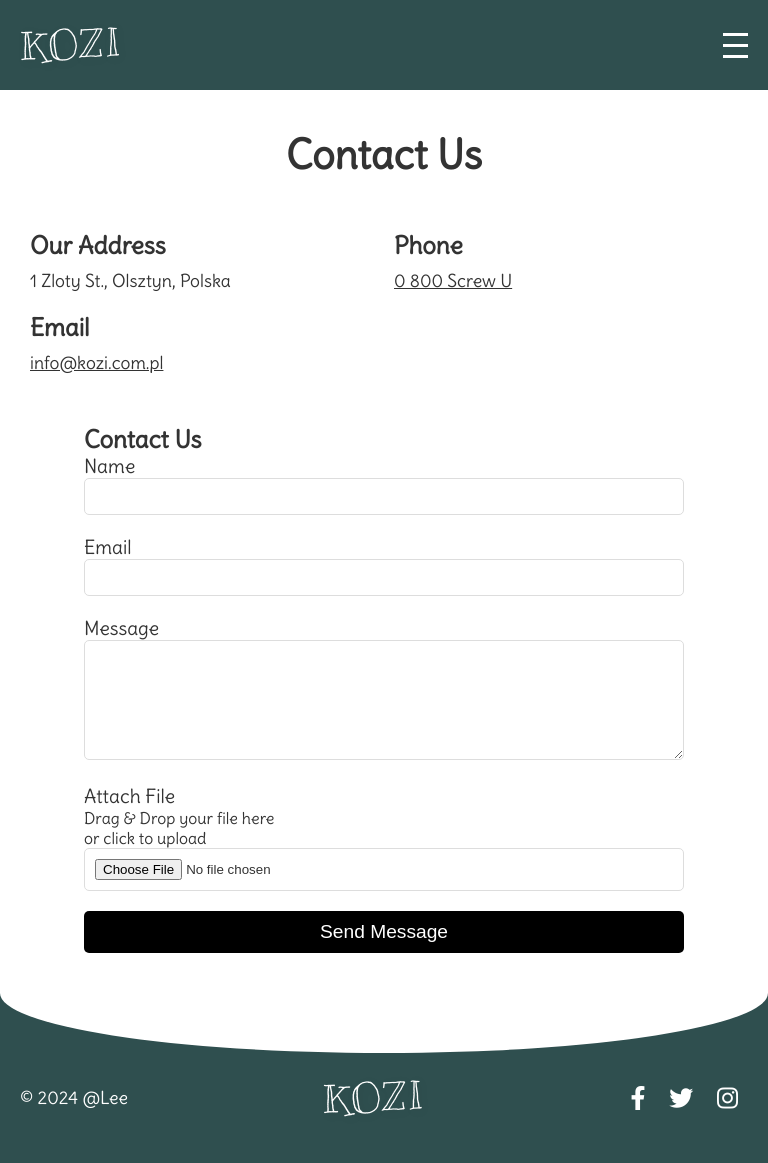
Repository: leerichie/kozi
Page: index.html
These files come from the project's save history. The page is drawn as it stood at one moment and after the next save; the edit follows.
The browser window is 768 px wide. The pictures show the whole page.

Above is the page before, as saved 2024-10-24 20:07:13.

### index.html
<!DOCTYPE html>
<html lang="en">

<head>
    <meta charset="UTF-8">
    <meta name="viewport" content="width=device-width, initial-scale=1.0">
    <meta http-equiv="X-UA-Compatible" content="IE=edge">
    <link rel="stylesheet" href="css/styles.css">
    <link rel="stylesheet" href="https://cdnjs.cloudflare.com/ajax/libs/font-awesome/6.0.0-beta3/css/all.min.css">

    <title>Contact Form</title>
</head>

<body>
    <!-- Navbar -->
    <header class="navbar">
        <div class="logo">
            <!-- <a href="#"><img src="img/logo.png" alt="Logo"></a> -->
            <h1 class="logo-text">Kozi</h1>

        </div>
        <nav>
            <ul class="nav-links">
                <li><a href="#">I</a></li>
                <li><a href="#">Love</a></li>
                <li><a href="#">Jager</a></li>
                <li><a href="#">Days</a></li>
            </ul>
            <div class="hamburger">
                <span class="bar"></span>
                <span class="bar"></span>
                <span class="bar"></span>
            </div>
        </nav>
    </header>

    <!-- Sidebar (hidden by default) -->
    <div class="sidebar">
        <ul class="sidebar-links">
            <li><a href="#">I</a></li>
            <li><a href="#">Love</a></li>
            <li><a href="#">Guiness</a></li>
            <li><a href="#">Days</a></li>
            <li><a href="#">Toooo</a></li>

        </ul>
    </div>

    <!-- Contact Section -->
    <div class="container">
        <div class="contact-header">
            <h1>Contact Us</h1>
        </div>
        <div class="contact-info">
            <div class="address">
                <h2>Our Address</h2>
                <p>1 Zloty St., Olsztyn, Polska</p>
            </div>
            <div class="phone">
                <h2>Phone</h2>
                <p><a href="tel:+123456789">0 800 Screw U</a></p>
            </div>
            <div class="email">
                <h2>Email</h2>
                <p><a href="mailto:info@example.com">info@kozi.com.pl</a></p>
            </div>
        </div>

        <div class="form-container">
            <h2>Contact Us</h2>
            <form action="#" method="POST" class="contact-form" enctype="multipart/form-data">
                <div class="form-group">
                    <label for="name">Name</label>
                    <input type="text" id="name" name="name" required>
                </div>
                <div class="form-group">
                    <label for="email">Email</label>
                    <input type="email" id="email" name="email" required>
                </div>
                <div class="form-group">
                    <label for="message">Message</label>
                    <textarea id="message" name="message" required></textarea>
                </div>

                <!-- Drag and Drop-->
                <div class="form-group">
                    <label for="attachment">Attach File</label>
                    <div class="file-drop-area" id="file-drop-area">
                        <span class="file-message">Drag & Drop your file here <br> or click to upload</span>
                        <input type="file" id="attachment" name="attachment" class="file-input" required>
                    </div>
                </div>

                <button type="submit" class="submit-btn">Send Message</button>
            </form>
        </div>
    </div>


    <!-- Footer -->
    <footer class="footer">
        <div class="footer-shape"></div>
        <div class="footer-container">

            <div class="footer-text">
                <p>&copy; 2024 @Lee</p>
            </div>
            <div class="footer-logo">
                <h1 class="logo-text">Kozi</h1>
            </div>
            <div class="footer-social">
                <a href="/" target="_blank"><i class="fab fa-facebook-f"></i></a>
                <a href="/" target="_blank"><i class="fab fa-twitter"></i></a>
                <a href="/" target="_blank"><i class="fab fa-instagram"></i></a>
            </div>
        </div>
    </footer>


    <script src="js/script.js"></script>
</body>

</html>

### css/styles.css
@font-face {
  font-family: "Delius";
  src: url("/fonts/Delius-Regular.ttf") format("truetype");
  font-weight: normal;
  font-style: normal;
}

@font-face {
  font-family: "Merriweather";
  src: url("/fonts/Kranky-Regular.ttf") format("truetype");
  font-weight: bold;
  font-style: normal;
}

@font-face {
  font-family: "Lora";
  src: url("/fonts/LeckerliOne-Regular.ttf") format("truetype");
  font-weight: normal;
  font-style: italic;
}

* {
  margin: 0;
  padding: 0;
  box-sizing: border-box;
}

body {
  font-family: "Delius", sans-serif;
  background-color: #fff;
  color: #333;
}

.logo {
  text-align: center;
}

.logo-text {
  font-family: "Merriweather", serif;
  font-size: 50px;
  letter-spacing: 10px;
  font-weight: bold;
  text-transform: uppercase;
  color: white;
  text-shadow: 2px 2px 10px rgba(0, 0, 0, 0.1);
  transform: rotate(-2deg);
}

/* Nav */
.navbar {
  display: flex;
  justify-content: space-between;
  align-items: center;
  padding: 20px;
  background-color: darkslategray;
  color: #fff;
  position: relative;
  z-index: 1000;
}

.navbar .logo img {
  width: 150px;
}

.navbar nav {
  display: flex;
  align-items: center;
}

.nav-links {
  display: flex;
  list-style: none;
}

.nav-links li {
  margin-left: 20px;
}

.nav-links a {
  text-decoration: none;
  color: #fff;
  font-size: 1.2rem;
  transition: color 0.3s ease;
}

.nav-links a:hover {
  color: #f4a261;
}

/* Hamburger animate - mob */
.hamburger {
  display: none;
  flex-direction: column;
  cursor: pointer;
  transition: all 0.3s ease;
  z-index: 1001;
}

.hamburger .bar {
  width: 25px;
  height: 3px;
  background-color: white;
  margin: 4px 0;
  transition: all 0.3s ease;
  z-index: 1001;
}

.hamburger.active .bar:nth-child(1) {
  transform: rotate(45deg) translate(0, 0);
  width: 20px;
}

.hamburger.active .bar:nth-child(2) {
  opacity: 0;
}

.hamburger.active .bar:nth-child(3) {
  transform: rotate(-45deg) translate(0, 0);
  width: 20px;
}

.hamburger.active .bar {
  height: 4px;
}

/* Sidebar */
.sidebar {
  position: fixed;
  top: 0;
  right: -250px;
  width: 250px;
  height: 100%;
  background-color: darkslategray;
  color: #fff;
  transition: 0.3s;
  padding-top: 60px;
  z-index: 999;
}

.sidebar.active {
  right: 0;
}

.sidebar-links {
  list-style: none;
  padding: 50px 0;
  text-align: center;
}

.sidebar-links li {
  margin: 20px 0;
}

.sidebar-links a {
  text-decoration: none;
  color: #fff;
  font-size: 1.5rem;
  transition: color 0.3s ease;
}

.sidebar-links a:hover {
  color: #f4a261;
}

/* Contact Section */
.container {
  max-width: 1200px;
  margin: 0 auto;
  padding: 40px 20px;
}

.contact-header h1 {
  text-align: center;
  font-size: 2.5rem;
  margin-bottom: 40px;
}

.contact-info {
  display: flex;
  justify-content: space-between;
  flex-wrap: wrap;
  margin-bottom: 40px;
}

.contact-info div {
  flex: 1;
  min-width: 250px;
  margin: 10px;
}

.contact-info h2 {
  font-size: 1.5rem;
  margin-bottom: 10px;
}

.contact-info p,
.contact-info a {
  font-size: 1.1rem;
  color: #333;
}

.form-container {
  max-width: 600px;
  margin: 0 auto;
}

.contact-form {
  display: flex;
  flex-direction: column;
}

.form-group {
  margin-bottom: 20px;
}

.form-group label {
  margin-bottom: 10px;
  font-size: 1.2rem;
}

.form-group input,
.form-group textarea {
  width: 100%;
  padding: 10px;
  border: 1px solid #ddd;
  border-radius: 5px;
}

textarea {
  height: 120px;
}

.submit-btn {
  padding: 10px 20px;
  background-color: #000;
  color: #fff;
  border: none;
  border-radius: 5px;
  font-size: 1.2rem;
  cursor: pointer;
}

.submit-btn:hover {
  background-color: #f4a261;
}

/* Footer Styling */
.footer {
  position: relative;
  background-color: darkslategray;
  color: white;
  text-align: center;
  padding: 80px 20px 40px;
  overflow: hidden;
}

.footer-shape {
  position: absolute;
  top: -60px;
  left: 0;
  width: 100%;
  height: 120px;
  background-color: #fff;
  border-radius: 0 0 100% 100%;
  z-index: 0;
}

.footer-container {
  position: relative;
  z-index: 1;
  display: flex;
  justify-content: space-between;
  align-items: center;
  max-width: 1200px;
  margin: 0 auto;
  flex-wrap: wrap;
}

.footer-logo img {
  width: 100px;
}

.footer-text p {
  font-size: 1.1rem;
  margin: 0;
}

.footer-social a {
  margin: 0 10px;
  color: white;
  font-size: 1.5rem;
  transition: color 0.3s ease;
}

.footer-social a:hover {
  color: #f4a261;
}

.footer-social img {
  width: 25px;
  filter: invert(100%);
}

/* Mob */
@media (max-width: 768px) {
  .hamburger {
    display: flex;
  }

  .nav-links {
    display: none;
  }

  .footer-container {
    flex-direction: row;
    justify-content: space-between;
  }

  .footer-logo {
    flex-grow: 1;
    text-align: center;
  }

  .footer-text {
    text-align: left;
  }

  .footer-social {
    text-align: right;
  }

  .logo-text {
    font-size: 40px;
    letter-spacing: 2px;
  }
}

### js/script.js
const hamburger = document.querySelector('.hamburger');
const sidebar = document.querySelector('.sidebar');

hamburger.addEventListener('click', () => {
    sidebar.classList.toggle('active');
    hamburger.classList.toggle('active');
});

window.addEventListener('scroll', () => {
    sidebar.classList.remove('active');
    hamburger.classList.remove('active');
});
const fileInput = document.querySelector('.file-input');
const fileDropArea = document.getElementById('file-drop-area');
const fileMessage = document.querySelector('.file-message');

// Open file dialog when clicking on the drop area
fileDropArea.addEventListener('click', () => {
  fileInput.click();
});

// Highlight the drop area when dragging files over it
fileDropArea.addEventListener('dragover', (e) => {
  e.preventDefault();
  fileDropArea.classList.add('dragging');
  fileMessage.textContent = "Drop your file here";
});

// Remove highlight when dragging leaves the drop area
fileDropArea.addEventListener('dragleave', () => {
  fileDropArea.classList.remove('dragging');
  fileMessage.textContent = "Drag & Drop your file here or click to upload";
});

// Handle file drop
fileDropArea.addEventListener('drop', (e) => {
  e.preventDefault();
  fileDropArea.classList.remove('dragging');
  const files = e.dataTransfer.files;
  if (files.length) {
    fileInput.files = files; // Update the file input with dropped files
    fileMessage.textContent = `File selected: ${files[0].name}`;
  }
});

// Handle file selection via dialog
fileInput.addEventListener('change', () => {
  if (fileInput.files.length) {
    fileMessage.textContent = `File selected: ${fileInput.files[0].name}`;
  }
});

After the next save:
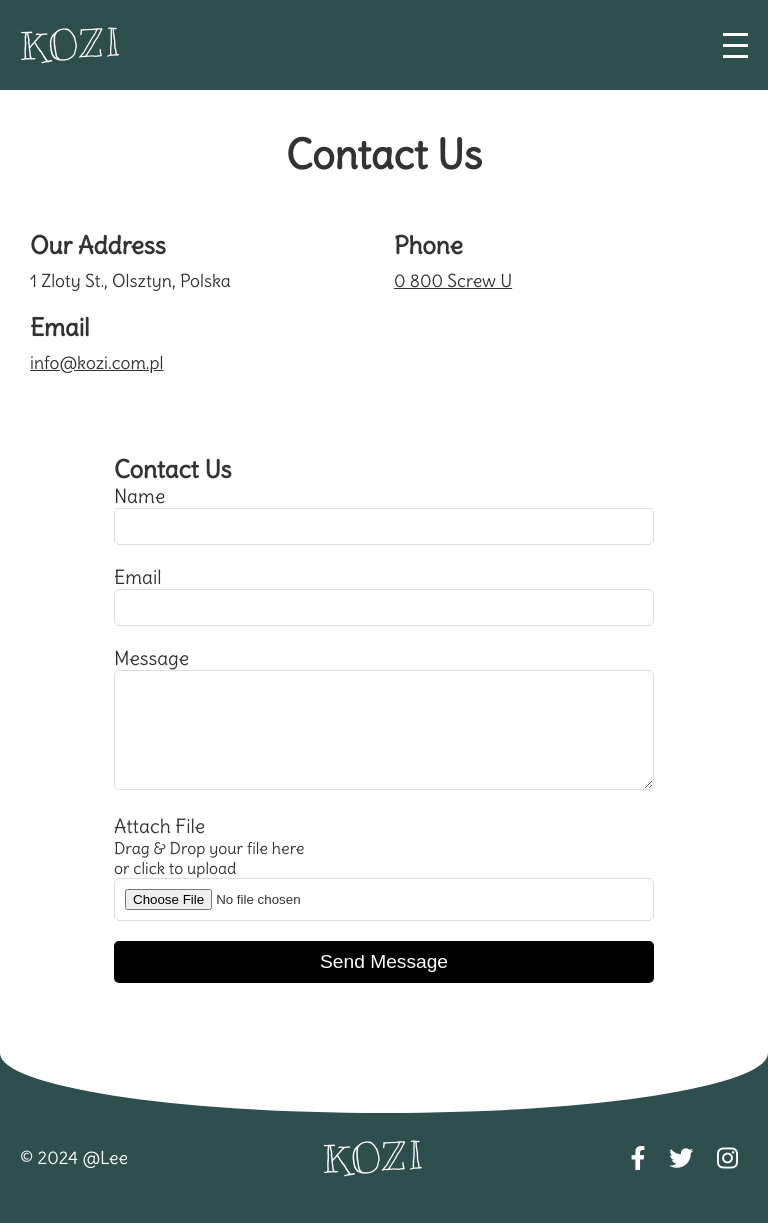
Saved 29 s later.
--- a/css/styles.css
+++ b/css/styles.css
@@ -310,6 +310,9 @@ textarea {
   .nav-links {
     display: none;
   }
+  .form-container {
+    padding: 30px;
+  }
 
   .footer-container {
     flex-direction: row;
